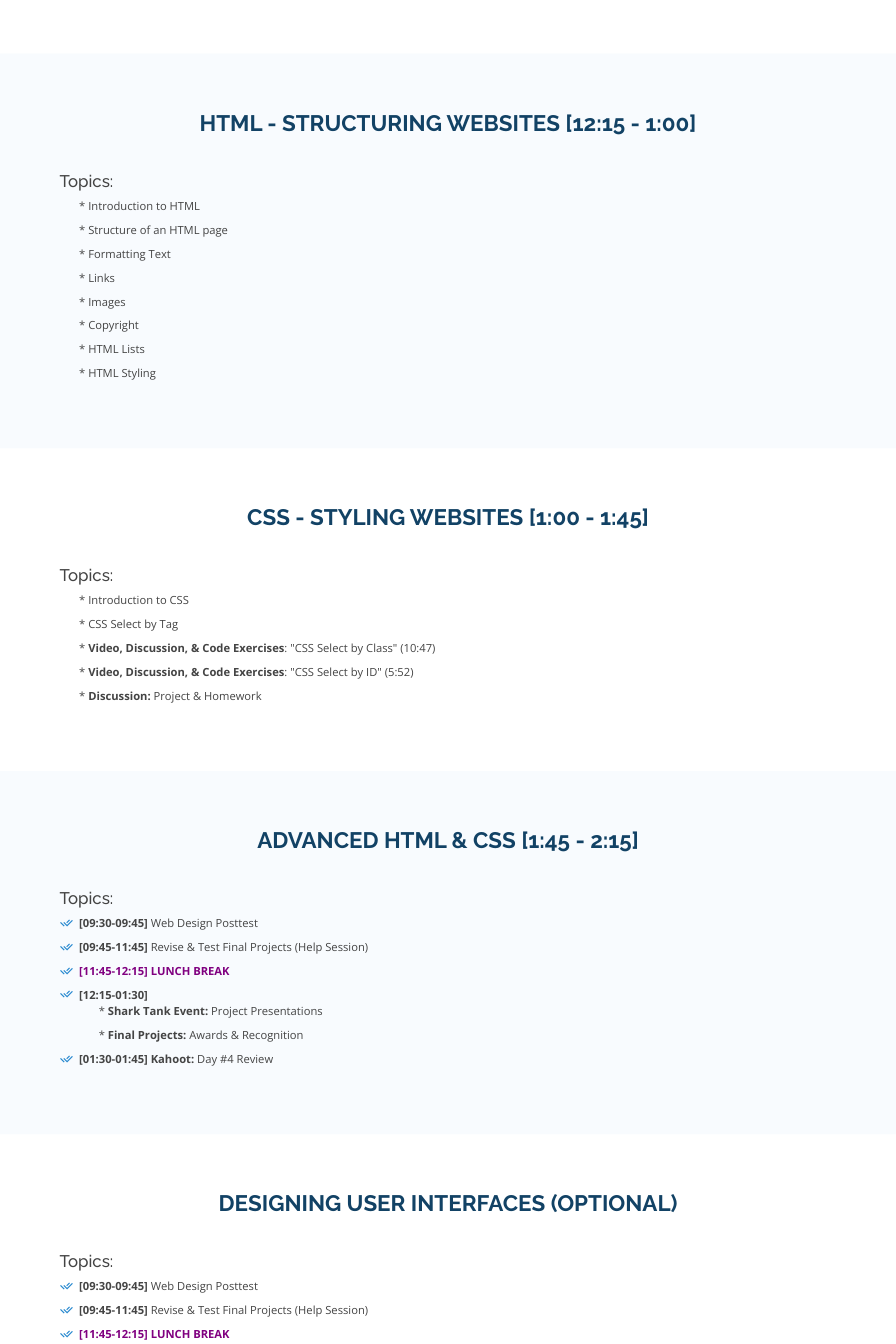
Repository: cchatmon/BMIT-Program
Page: BMIT_OnePage/index.html
The author's editor kept a record of every edit. The page is drawn from the files as they stood at one moment, then again after the next edit.
The browser window is 1280 px wide. The pictures show the part of the page from y = 899 to 2819 px (the page is 3626 px tall), at 70% of full size.
Backgrounds fixed to the window are drawn as part of the page.

Above is the page before.

### BMIT_OnePage/index.html
<!DOCTYPE html>
<html lang="en">

<head>
  <meta charset="utf-8">
  <meta content="width=device-width, initial-scale=1.0" name="viewport">

  <title>FSU BMIT Program</title>
  <meta content="" name="descriptison">
  <meta content="" name="keywords">

  <!-- Favicons -->
  <link href="assets/img/favicon.png" rel="icon">
  <link href="assets/img/apple-touch-icon.png" rel="apple-touch-icon">

  <!-- Google Fonts -->
  <link href="https://fonts.googleapis.com/css?family=Open+Sans:300,300i,400,400i,600,600i,700,700i|Raleway:300,300i,400,400i,500,500i,600,600i,700,700i|Poppins:300,300i,400,400i,500,500i,600,600i,700,700i" rel="stylesheet">

  <!-- Vendor CSS Files -->
  <link href="assets/vendor/bootstrap/css/bootstrap.min.css" rel="stylesheet">
  <link href="assets/vendor/icofont/icofont.min.css" rel="stylesheet">
  <link href="assets/vendor/boxicons/css/boxicons.min.css" rel="stylesheet">
  <link href="assets/vendor/remixicon/remixicon.css" rel="stylesheet">
  <link href="assets/vendor/venobox/venobox.css" rel="stylesheet">
  <link href="assets/vendor/owl.carousel/assets/owl.carousel.min.css" rel="stylesheet">
  <link href="assets/vendor/aos/aos.css" rel="stylesheet">

  <!-- Template Main CSS File -->
  <link href="assets/css/style.css" rel="stylesheet">

  <!-- =======================================================
  * Template Name: OnePage - v2.0.0
  * Template URL: https://bootstrapmade.com/onepage-multipurpose-bootstrap-template/
  * Author: BootstrapMade.com
  * License: https://bootstrapmade.com/license/
  ======================================================== -->
</head>

<body>

  <!-- ======= Header ======= -->
  <header id="header" class="fixed-top">
    <div class="container d-flex align-items-center">

      <h1 class="logo mr-auto"><a href="index.html">FSU BMIT Program</a></h1>
      <!-- Uncomment below if you prefer to use an image logo -->
      <!-- <a href="index.html" class="logo mr-auto"><img src="assets/img/logo.png" alt="" class="img-fluid"></a>-->

      <nav class="nav-menu d-none d-lg-block">
        <ul>
          <li><a href="#getStarted">Getting Started</a></li>
          <li><a href="#htmlStructure">HTML - Structuring Websites</a></li>
          <li><a href="#cssStyling">CSS - Styling Websites</a></li>
          <li><a href="#advanceHTML">Advance HTML & CSS</a></li>
          <li><a href="#userInterface">Designing User Interfaces</a></li>
          <li><a href="#finalProject">Final Project</a></li>
        </ul>
      </nav><!-- .nav-menu -->
    </div>
  </header><!-- End Header -->

  <!-- ======= Hero Section ======= -->
  <section id="hero" class="d-flex align-items-center">
    <div class="container position-relative" data-aos="fade-up" data-aos-delay="100">
      <div class="row justify-content-center">
        <div class="col-xl-7 col-lg-9 text-center">
          <h1>BMIT Web Design Training</h1>
          <h2>Instructor:  Christy Chatmon</h2>
        </div>
      </div>
      </div>
  </section><!-- End Hero -->

  <main id="main">

    <!-- ======= Get Started ======= -->
    <section id="getStarted" class="about">
      <div class="container" data-aos="fade-up">

        <div class="section-title">
          <h2>Getting Started [11:45 - 12:15]</h2>
          <p>Getting Started & Structuring Websites using HTML </p>
        </div>

        <div class="row content">
          <div class="col-lg-12">
            <p>In today's world, web pages are the most common medium for sharing ideas and information.  Learning to design websites is an incredibly useful skill for any career path. The CodeHS Web Design course is a project-based course that teaches students how to build their own web pages. Students will learn the languages HTML and CSS, and will create their own live homepages to serve as portfolios of their creations. By the end of this session, students will be able to explain how web pages are developed and viewed on the Internet,analyze and fix errors in existing websites, and create their very own multi-page websites.  Students will learn the foundations of user interface design, rapid prototyping and user testing,and will work to create professional, mobile responsive websites.
            </p>
            <ul>
              <li><i class="ri-check-double-line"></i>introductions & CodeHS
                  <ul>
                    <li>* <a href="https://codehs.com/go/6C265"><u>Click to go to CodeHS</u></a></li>
                    <li>* Use the following code to join the class:  <b style="color:red;">6C265</b></li>
                    <li>* Web Development Resources:
                          <ul>
                            <li><a href="https://www.w3schools.com/">-- <u>w3schools Online Web Tutorials</u></a></li>
                            <li><a href="https://www.tutorialspoint.com/html/index.htm">-- <u>Tutorialspoint</u></a></li>
                            <li><a href="https://html.com/">-- <u>Learn HTML Code, Tags & CSS</u></a></li>
                          </ul>
                    </li>
                  </ul>
              </li>

              <li><i class="ri-check-double-line"></i><b>[12:15-12:30]</b> Web Design Pretest (15 questions)</li>


            </ul>
          </div>
        </div>
      </div>
    </section>    <!-- =======END Get Started ======= -->


    <!-- ======= HTML Structure ======= -->
    <section id="htmlStructure" class="services section-bg">
      <div class="container" data-aos="fade-up">

        <div class="section-title">
          <h2>HTML - Structuring Websites [12:15 - 1:00]</h2>
        </div>


        <div class="row content">
          <div class="col-lg-12">

            <h4>Topics:</h4>
            <ul>
                  <ul>
                    <li>* Introduction to HTML </li>
                    <li>* Structure of an HTML page </li>
                    <li>* Formatting Text </li>
                    <li>* Links </li>
                    <li>* Images </li>
                    <li>* Copyright </li>
                    <li>* HTML Lists </li>
                    <li>* HTML Styling </li>
                  </ul>
                </li>
            </ul>
          </div>
        </div>
      </div>
    </section>    <!-- ======= END HTML Structure ======= -->

    <!-- ======= CSS Styling ======= -->
    <section id="cssStyling" class="portfolio">
      <div class="container" data-aos="fade-up">

        <div class="section-title">
          <h2>CSS - Styling Websites [1:00 - 1:45]</h2>
        </div>


        <div class="row content">
          <div class="col-lg-12">

           <h4>Topics:</h4>
            <ul>
                  <ul>
                    <li>* Introduction to CSS</li>
                    <li>* CSS Select by Tag</li>
                    <li>* <b>Video, Discussion, & Code Exercises</b>:  "CSS Select by Class" (10:47) </li>
                    <li>* <b>Video, Discussion, & Code Exercises</b>: "CSS Select by ID" (5:52) </li>
                    <li>* <b>Discussion:</b>  Project & Homework </li>
                  </ul>

            </ul>
          </div>
        </div>
      </div>
    </section>    <!-- ======= END CSS Styling ======= -->

    <!-- ======= Advance HTML & CSS ======= -->
    <section id="advanceHTML" class="team section-bg">
      <div class="container" data-aos="fade-up">

        <div class="section-title">
          <h2>Advanced HTML & CSS [1:45 - 2:15]</h2>
        </div>


        <div class="row content">
          <div class="col-lg-12">

            <h4>Topics:</h4>

            <ul>
               <li><i class="ri-check-double-line"></i><b>[09:30-09:45]</b> Web Design Posttest</li>

              <li><i class="ri-check-double-line"></i><b>[09:45-11:45]</b> Revise & Test Final Projects (Help Session)
                </li>
                <li><i class="ri-check-double-line"></i><b style="color:purple;">[11:45-12:15]  LUNCH BREAK </b>
                </li>
                <li><i class="ri-check-double-line"></i><b>[12:15-01:30]</b>
                <ul>
                    <li>*  <b>Shark Tank Event:</b>  Project Presentations  </li>

                    <li>*  <b>Final Projects:  </b>Awards & Recognition  </li>
                  </ul>
              </li>
                <li><i class="ri-check-double-line"></i><b>[01:30-01:45]  Kahoot:</b>  Day #4 Review
              </li>

            </ul>
          </div>
        </div>
      </div>
    </section>    <!-- ======= END Advance HTML & CSS ======= -->

        <!-- ======= Designing User Interfaces ======= -->
    <section id="userInterface" class="about">
      <div class="container" data-aos="fade-up">

        <div class="section-title">
          <h2>Designing User Interfaces (Optional)</h2>
        </div>


        <div class="row content">
          <div class="col-lg-12">

            <h4>Topics:</h4>

            <ul>
               <li><i class="ri-check-double-line"></i><b>[09:30-09:45]</b> Web Design Posttest</li>

              <li><i class="ri-check-double-line"></i><b>[09:45-11:45]</b> Revise & Test Final Projects (Help Session)
                </li>
                <li><i class="ri-check-double-line"></i><b style="color:purple;">[11:45-12:15]  LUNCH BREAK </b>
                </li>
                <li><i class="ri-check-double-line"></i><b>[12:15-01:30]</b>
                <ul>
                    <li>*  <b>Shark Tank Event:</b>  Project Presentations  </li>

                    <li>*  <b>Final Projects:  </b>Awards & Recognition  </li>
                  </ul>
              </li>
                <li><i class="ri-check-double-line"></i><b>[01:30-01:45]  Kahoot:</b>  Day #4 Review
              </li>

            </ul>
          </div>
        </div>
      </div>
    </section><!-- ======= END Designing User Interfaces ======= -->

    <!-- ======= Final Project ======= -->
    <section id="finalProject" class="team section-bg">
      <div class="container" data-aos="fade-up">

        <div class="section-title">
          <h2>Final Project [2:15 - 2:30]</h2>
        </div>


        <div class="row content">
          <div class="col-lg-12">

           <h4>Topics:</h4>

            <ul>
               <li><i class="ri-check-double-line"></i><b>[09:30-09:45]</b> Web Design Posttest</li>

              <li><i class="ri-check-double-line"></i><b>[09:45-11:45]</b> Revise & Test Final Projects (Help Session)
                </li>
                <li><i class="ri-check-double-line"></i><b style="color:purple;">[11:45-12:15]  LUNCH BREAK </b>
                </li>
                <li><i class="ri-check-double-line"></i><b>[12:15-01:30]</b>
                <ul>
                    <li>*  <b>Shark Tank Event:</b>  Project Presentations  </li>

                    <li>*  <b>Final Projects:  </b>Awards & Recognition  </li>
                  </ul>
              </li>
                <li><i class="ri-check-double-line"></i><b>[01:30-01:45]  Kahoot:</b>  Day #4 Review
              </li>

            </ul>
          </div>
        </div>
      </div>
    </section> <!-- ======= END Final Project ======= -->


  </main><!-- End #main -->

  <!-- ======= Footer ======= -->
  <footer id="footer">

    <div class="container d-md-flex py-4">

      <div class="mr-md-auto text-center text-md-left">
        <div class="copyright">
          &copy; Copyright <strong><span>FSU BMIT Program 2022</span></strong>. All Rights Reserved
        </div>

  </footer><!-- End Footer -->

  <a href="#" class="back-to-top"><i class="ri-arrow-up-line"></i></a>
  <div id="preloader"></div>

  <!-- Vendor JS Files -->
  <script src="assets/vendor/jquery/jquery.min.js"></script>
  <script src="assets/vendor/bootstrap/js/bootstrap.bundle.min.js"></script>
  <script src="assets/vendor/jquery.easing/jquery.easing.min.js"></script>
  <script src="assets/vendor/php-email-form/validate.js"></script>
  <script src="assets/vendor/waypoints/jquery.waypoints.min.js"></script>
  <script src="assets/vendor/counterup/counterup.min.js"></script>
  <script src="assets/vendor/venobox/venobox.min.js"></script>
  <script src="assets/vendor/owl.carousel/owl.carousel.min.js"></script>
  <script src="assets/vendor/isotope-layout/isotope.pkgd.min.js"></script>
  <script src="assets/vendor/aos/aos.js"></script>

  <!-- Template Main JS File -->
  <script src="assets/js/main.js"></script>

</body>

</html>

Loaded but not shown: BMIT_OnePage/assets/vendor/bootstrap/css/bootstrap.min.css (library); BMIT_OnePage/assets/vendor/icofont/icofont.min.css (library); BMIT_OnePage/assets/vendor/boxicons/css/boxicons.min.css (library); BMIT_OnePage/assets/vendor/remixicon/remixicon.css (library); BMIT_OnePage/assets/vendor/venobox/venobox.css (library); BMIT_OnePage/assets/vendor/owl.carousel/assets/owl.carousel.min.css (library); BMIT_OnePage/assets/vendor/aos/aos.css (library); BMIT_OnePage/assets/vendor/jquery/jquery.min.js (library); BMIT_OnePage/assets/vendor/bootstrap/js/bootstrap.bundle.min.js (library); BMIT_OnePage/assets/vendor/jquery.easing/jquery.easing.min.js (common file); BMIT_OnePage/assets/vendor/php-email-form/validate.js (library); BMIT_OnePage/assets/vendor/waypoints/jquery.waypoints.min.js (library); BMIT_OnePage/assets/vendor/counterup/counterup.min.js (common file); BMIT_OnePage/assets/vendor/venobox/venobox.min.js (library); BMIT_OnePage/assets/vendor/owl.carousel/owl.carousel.min.js (library); BMIT_OnePage/assets/vendor/isotope-layout/isotope.pkgd.min.js (library); BMIT_OnePage/assets/vendor/aos/aos.js (library); BMIT_OnePage/assets/js/main.js (207 lines, source omitted); BMIT_OnePage/assets/css/style.css (2029 lines, source omitted)

After the next edit:
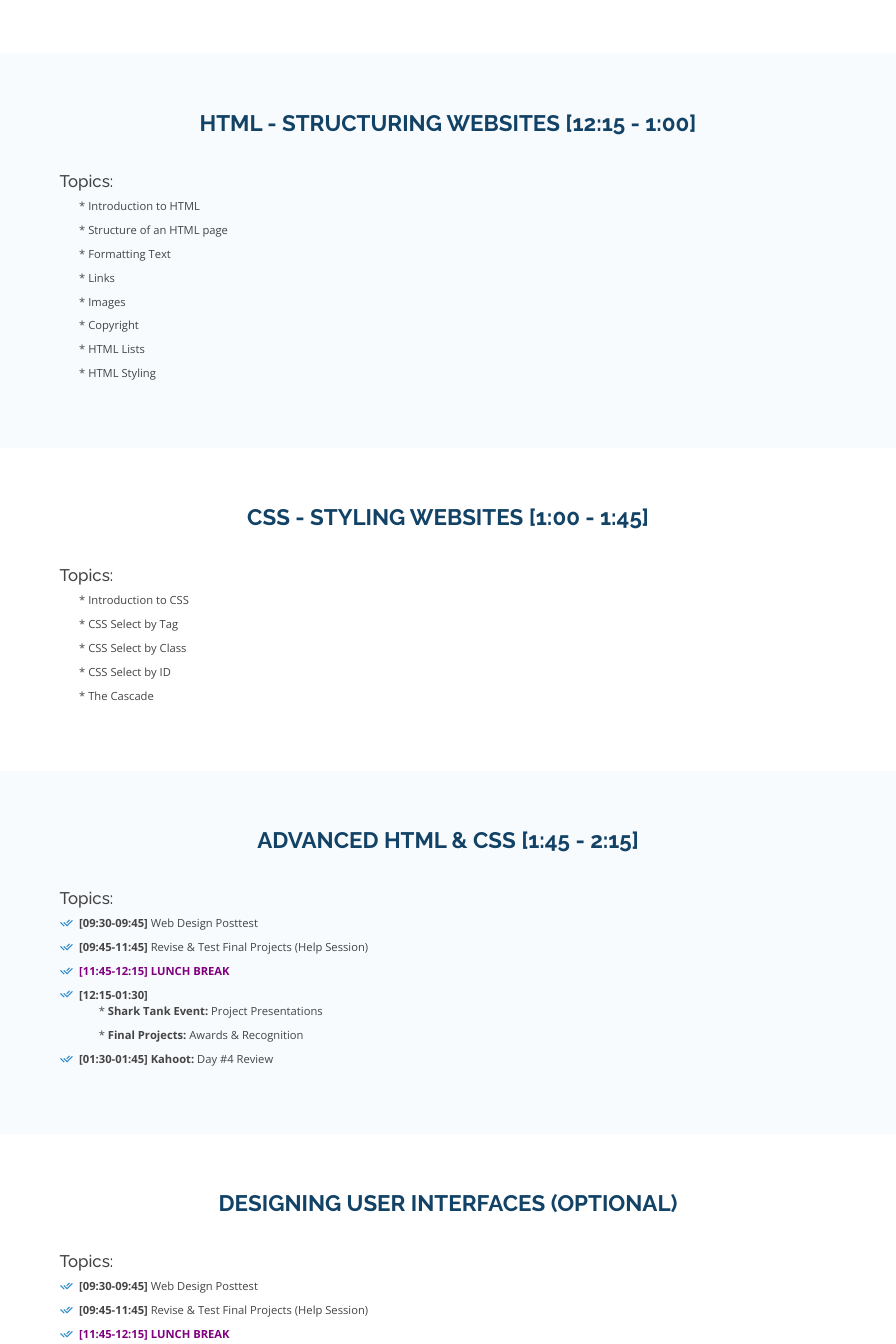
The edit:
--- a/BMIT_OnePage/index.html
+++ b/BMIT_OnePage/index.html
@@ -159,9 +159,9 @@
                   <ul>
                     <li>* Introduction to CSS</li>
                     <li>* CSS Select by Tag</li>
-                    <li>* <b>Video, Discussion, & Code Exercises</b>:  "CSS Select by Class" (10:47) </li>
-                    <li>* <b>Video, Discussion, & Code Exercises</b>: "CSS Select by ID" (5:52) </li>
-                    <li>* <b>Discussion:</b>  Project & Homework </li>
+                    <li>* CSS Select by Class</li>
+                    <li>* CSS Select by ID</li>
+                    <li>* The Cascade</li>
                   </ul>
 
             </ul>
